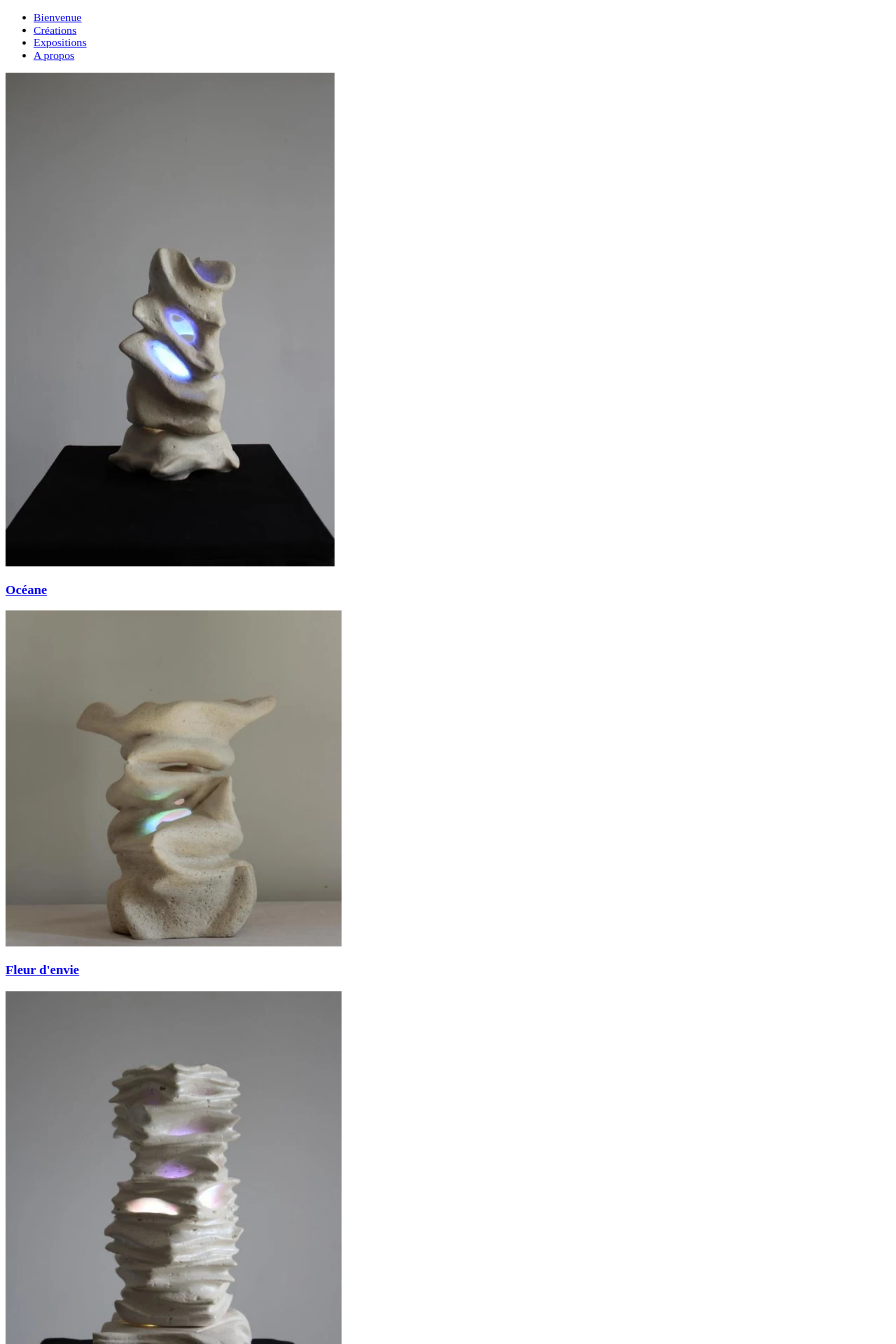
Repository: lysianebo/EricBidart
Page: creations.html
An editor plug-in stored every save of this project. The page is shown before and after the next save, followed by the edit.
The browser window is 1280 px wide. The pictures show the part of the page from y = 0 to 1920 px (the page is 7338 px tall before and 7389 px after), at 70% of full size.
A picture or video elsewhere on the page could not be fetched, so the positions and the page height are approximate.

Above is the page before, as saved 2023-10-25 03:15:21.

After the next save:
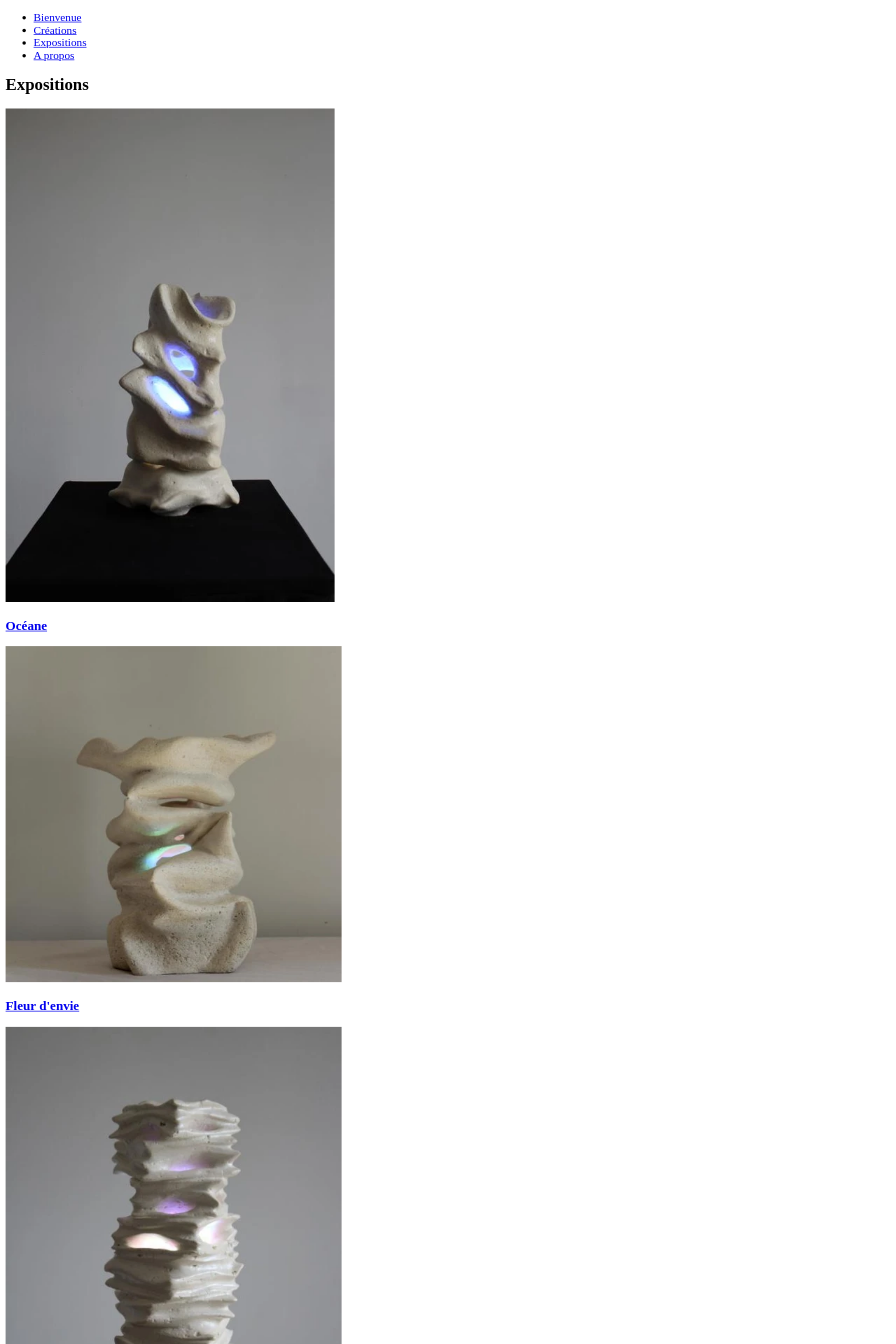
Saved 73 s later.
--- a/creations.html
+++ b/creations.html
@@ -20,7 +20,7 @@
             <div id="icons"></div>
         </nav>
     </header>
-
+    <h2>Expositions</h2>
     <div class="gallery">
         <div class="card_creation">
             <a href="sculptures.html#oceane"
